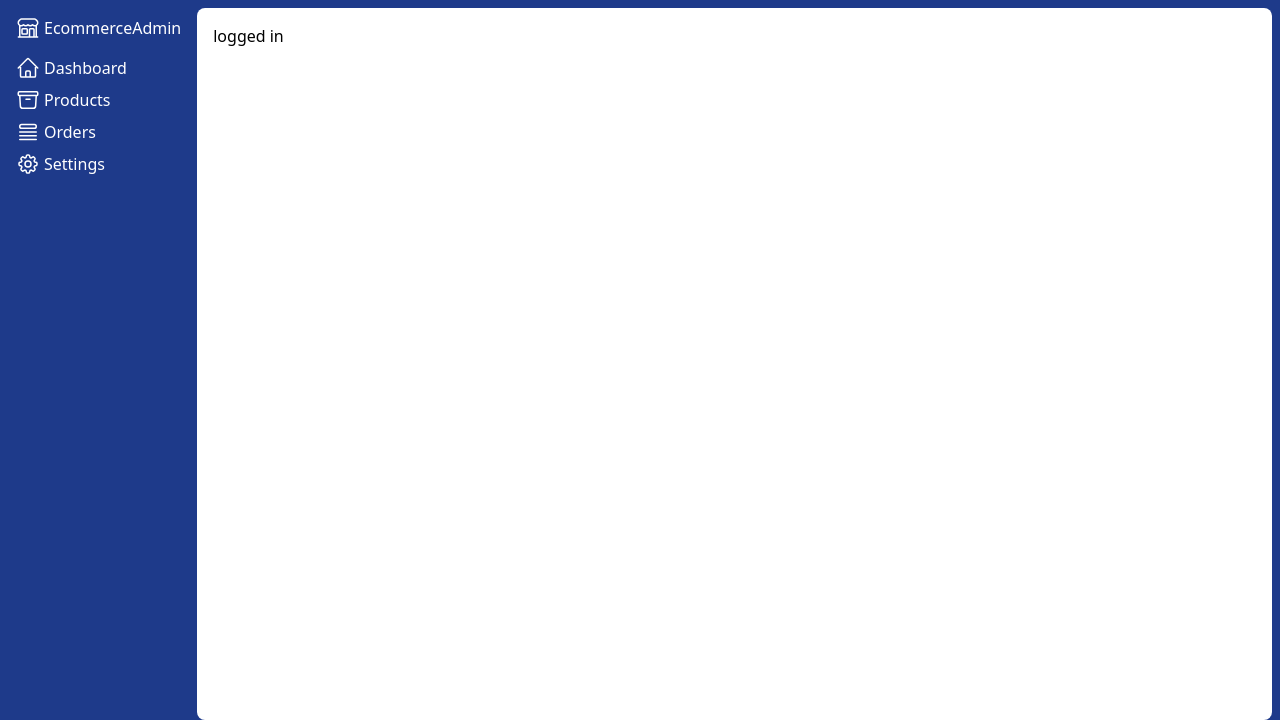
Repository: xoshiraghavx/CRUDS
Page: /
These files come from the project's save history. The page is drawn as it stood at one moment and after the next save; the edit follows.
The browser window is 1280 px wide. The pictures show the whole page.
The page's requests for data from a server got no answer. The project was rebuilt for these pictures with package versions that can differ from the ones it lists, and the page was loaded fresh each time. The framework's server and built-in components were replaced by stand-ins that run in the browser. No one was signed in, and anything a server would have sent is missing. Also part of the build but not shown: next.config.mjs.

Above is the page before, as saved 2024-02-22 19:40:50.

After the next save:
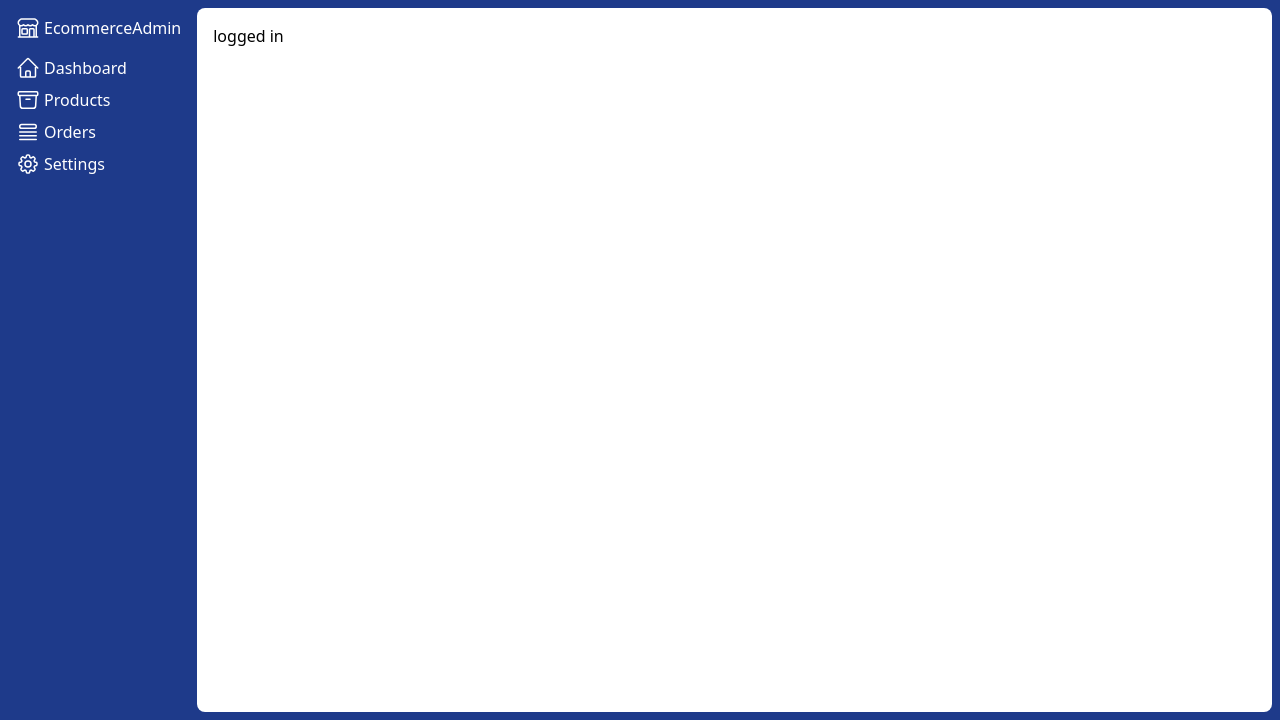
Saved 28 s later.
--- a/pages/index.js
+++ b/pages/index.js
@@ -15,7 +15,7 @@ export default function Home() {
   return (
     <div className="bg-blue-900 min-h-screen flex">
       <Nav />
-    <div className="bg-white flex-grow mt-2 mr-2 rounded-lg p-4">logged in
+    <div className="bg-white flex-grow mt-2 mr-2 mb-2 rounded-lg p-4">logged in
       {/* {session.user.email} */}
       </div>
     </div>
